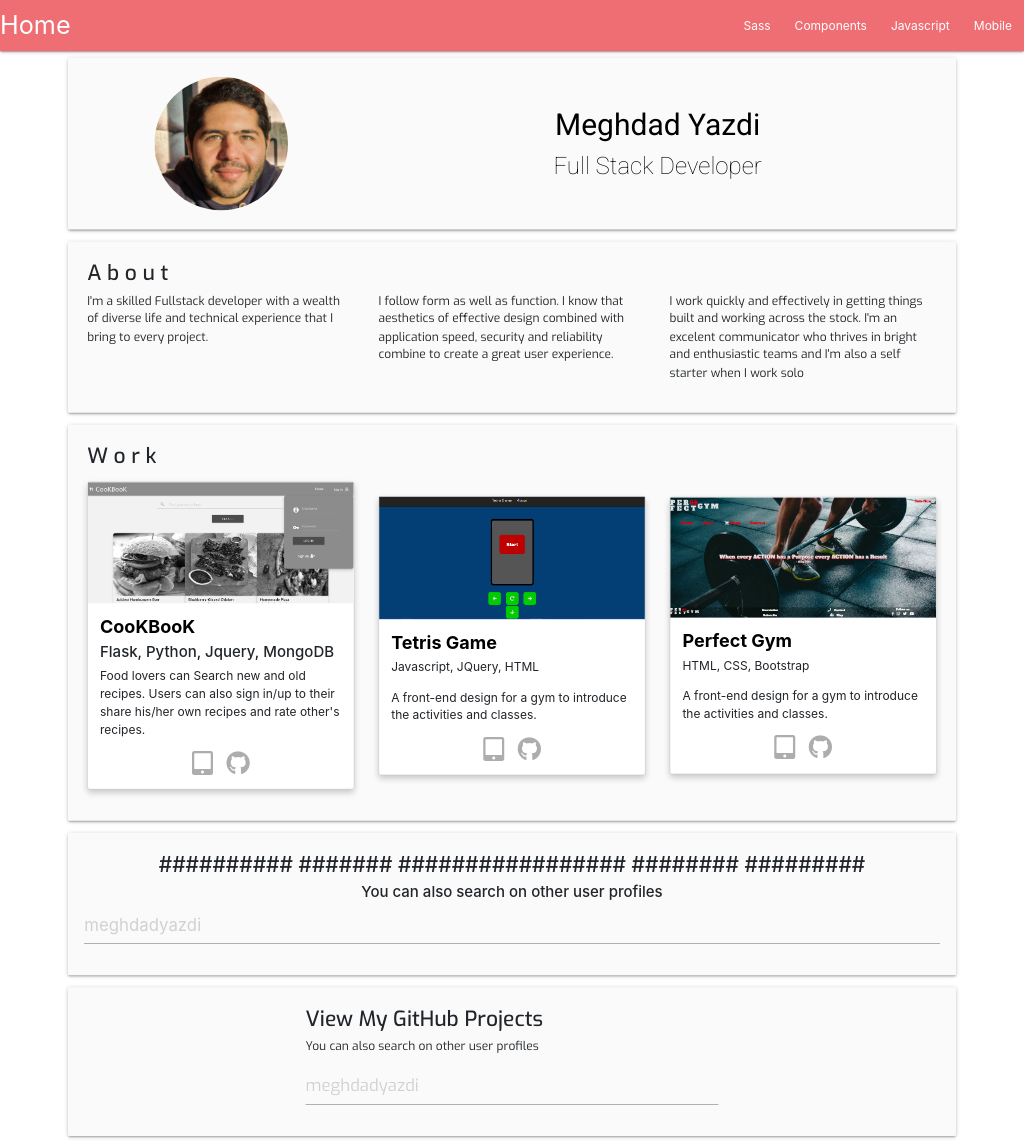
Repository: meghdadyazdi/SD_Res
Page: index.html
The author's editor kept a record of every edit. The page is drawn from the files as they stood at one moment, then again after the next edit.
The browser window is 1280 px wide. The pictures show the whole page, at 80% of full size.
Some web libraries are served in a nearby version.

Above is the page before.
Console error: ReferenceError: $ is not defined

After the next edit:
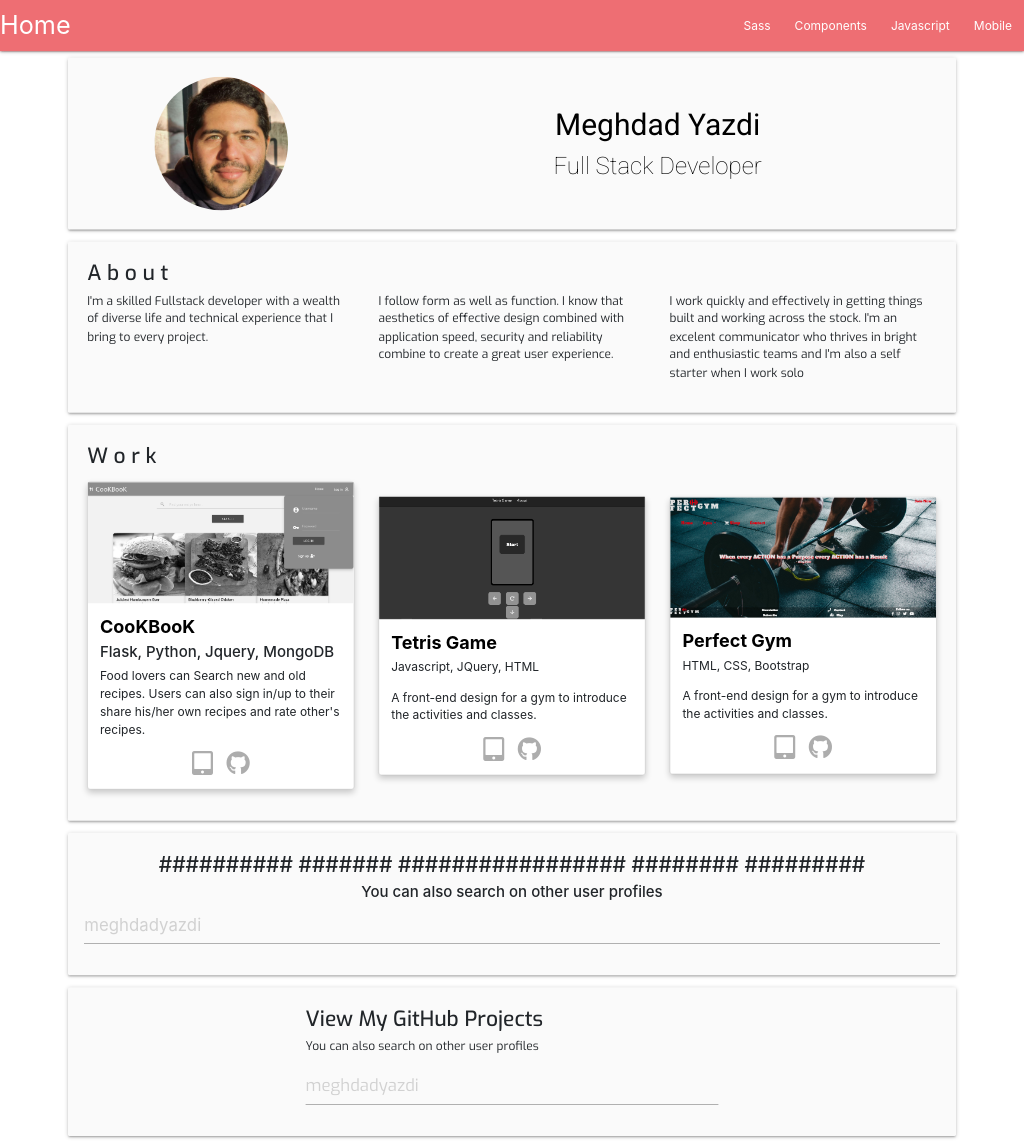
The edit:
--- a/index.html
+++ b/index.html
@@ -121,7 +121,7 @@
 
       <div class="col-sm-12 col-md-6 col-lg-4 box">
       <div class="card">
-        <img src="assets/images/Tetris.png" alt="Avatar" style="width:100%">
+        <img src="assets/images/Tetris.png" alt="Tetris Game" class="work-img">
         <div class="container">
           <h4><b>Tetris Game</b></h4>
           <p>Javascript, JQuery, HTML</p>
